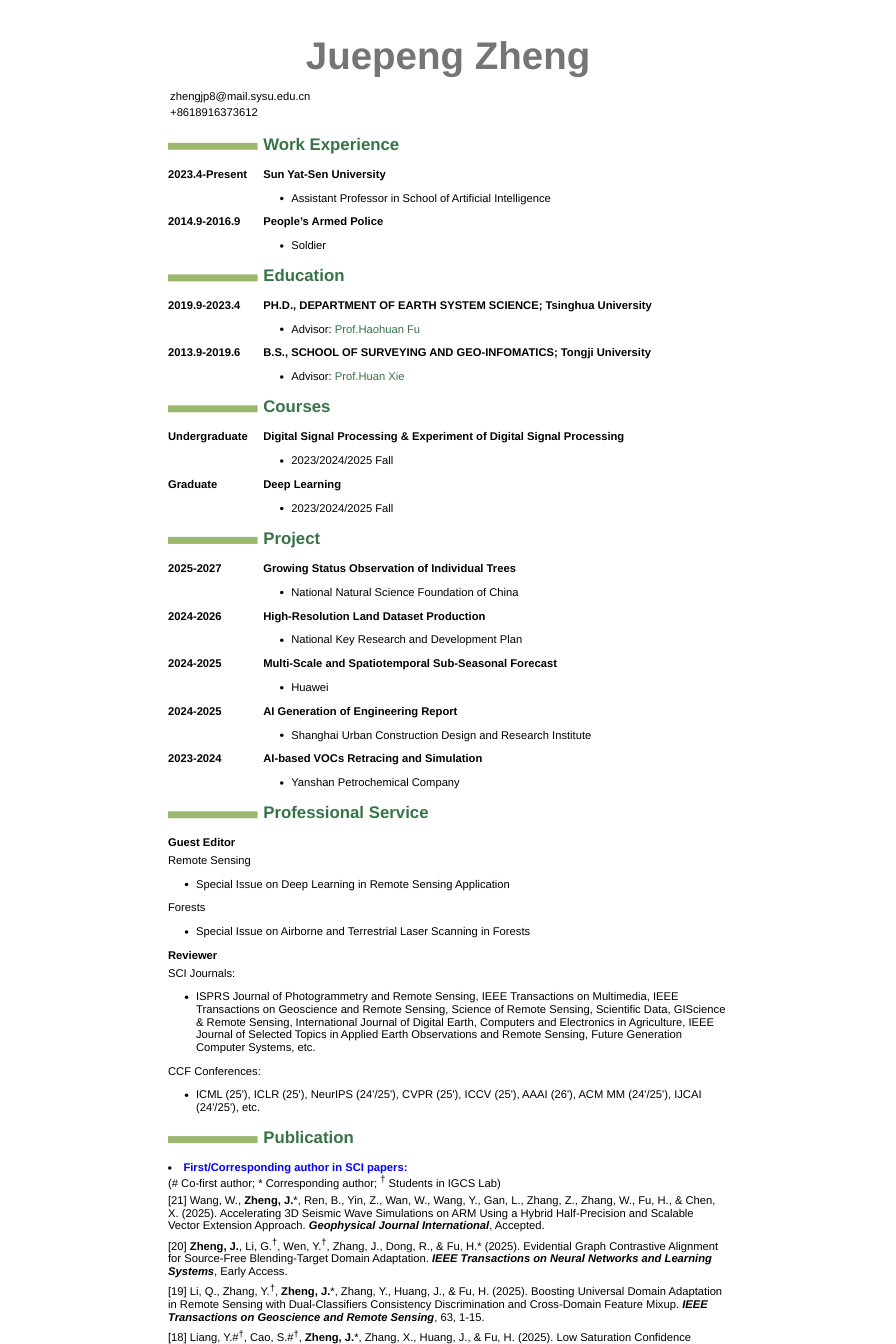
Repository: rssysu/rssysu.github.io
Page: assets/resume/zjp.html
An editor plug-in stored every save of this project. The page is shown before and after the next save, followed by the edit.
The browser window is 1280 px wide. The pictures show the part of the page from y = 0 to 1920 px (the page is 4319 px tall before and 4387 px after), at 70% of full size.

Above is the page before, as saved 2026-01-21 16:39:06.

### assets/resume/zjp.html
<!DOCTYPE html>
<html xmlns="http://www.w3.org/1999/xhtml" lang="" xml:lang="">
<head>
  <meta charset="utf-8" />
  <meta name="generator" content="pandoc" />
  <meta name="viewport" content="width=device-width, initial-scale=1.0, user-scalable=yes" />
  <title>zjp</title>
  <style>
    code{white-space: pre-wrap;}
    span.smallcaps{font-variant: small-caps;}
    div.columns{display: flex; gap: min(4vw, 1.5em);}
    div.column{flex: auto; overflow-x: auto;}
    div.hanging-indent{margin-left: 1.5em; text-indent: -1.5em;}
    /* The extra [class] is a hack that increases specificity enough to
       override a similar rule in reveal.js */
    ul.task-list[class]{list-style: none;}
    ul.task-list li input[type="checkbox"] {
      font-size: inherit;
      width: 0.8em;
      margin: 0 0.8em 0.2em -1.6em;
      vertical-align: middle;
    }
    .display.math{display: block; text-align: center; margin: 0.5rem auto;}
  </style>
  <link rel="stylesheet" href="style.css" />
</head>
<body>
<h1 id="juepeng-zheng">Juepeng Zheng</h1>
<table>
<tbody>
<tr class="odd">
<td>zhengjp8@mail.sysu.edu.cn</td>
<td style="text-align: left;"></td>
</tr>
<tr class="even">
<td>+8618916373612</td>
<td style="text-align: left;"></td>
</tr>
</tbody>
</table>
<h2 id="work-experience">Work Experience</h2>
<dl>
<dt>2023.4-Present</dt>
<dd>
<p><strong>Sun Yat‑Sen University</strong></p>
<ul>
<li>Assistant Professor in School of Artificial Intelligence</li>
</ul>
</dd>
<dt>2014.9-2016.9</dt>
<dd>
<p><strong>People’s Armed Police</strong></p>
<ul>
<li>Soldier</li>
</ul>
</dd>
</dl>
<h2 id="education">Education</h2>
<dl>
<dt>2019.9-2023.4</dt>
<dd>
<p><strong>PH.D., DEPARTMENT OF EARTH SYSTEM SCIENCE; Tsinghua
University</strong></p>
<ul>
<li>Advisor: <a
href="http://www.thuhpgc.net/mediawiki/index.php/Haohuan_Fu">Prof.Haohuan
Fu</a></li>
</ul>
</dd>
<dt>2013.9-2019.6</dt>
<dd>
<p><strong>B.S., SCHOOL OF SURVEYING AND GEO‑INFOMATICS; Tongji University</strong></p>
<ul>
<li>Advisor: <a href="https://celiang.tongji.edu.cn/info/1300/2401.htm">Prof.Huan Xie</a></li>
</ul>
</dd>
</dl>
<h2 id="courses">Courses</h2>
<dl>
<dt>Undergraduate</dt>
<dd>
<p><strong>Digital Signal Processing &amp; Experiment of Digital Signal
Processing</strong></p>
<ul>
<li>2023/2024/2025 Fall</li>
</ul>
</dd>
<dt>Graduate</dt>
<dd>
<p><strong>Deep Learning</strong></p>
<ul>
<li>2023/2024/2025 Fall</li>
</ul>
</dd>
</dl>
<h2 id="project">Project</h2>
<dl>
<dt>2025-2027</dt>
<dd>
<p><strong>Growing Status Observation of Individual Trees</strong></p>
<ul>
<li>National Natural Science Foundation of China</li>
</ul>
</dd>
<dt>2024-2026</dt>
<dd>
<p><strong>High‑Resolution Land Dataset Production</strong></p>
<ul>
<li>National Key Research and Development Plan</li>
</ul>
</dd>
<dt>2024-2025</dt>
<dd>
<p><strong>Multi-Scale and Spatiotemporal Sub-Seasonal Forecast</strong></p>
<ul>
<li>Huawei</li>
</ul>
</dd>
<dt>2024-2025</dt>
<dd>
<p><strong>AI Generation of Engineering Report</strong></p>
<ul>
<li>Shanghai Urban Construction Design and Research Institute</li>
</ul>
</dd>
<dt>2023-2024</dt>
<dd>
<p><strong>AI‑based VOCs Retracing and Simulation</strong></p>
<ul>
<li>Yanshan Petrochemical Company</li>
</ul>
</dd>
</dl>
<h2 id="professional-service">Professional Service</h2>
<p><strong>Guest Editor</strong></p>
<p>Remote Sensing</p>
<ul>
<li>Special Issue on Deep Learning in Remote Sensing Application</li>
</ul>
<p>Forests</p>
<ul>
<li>Special Issue on Airborne and Terrestrial Laser Scanning in Forests</li>
</ul>
<p><strong>Reviewer</strong></p>
<p>SCI Journals:</p>
<ul>
<li>ISPRS Journal of Photogrammetry and Remote Sensing, IEEE Transactions on Multimedia, IEEE Transactions on Geoscience and Remote Sensing, Science of Remote Sensing, Scientific Data, GIScience &amp; Remote Sensing, International Journal of Digital Earth, Computers and Electronics in Agriculture, IEEE Journal of Selected Topics in Applied Earth Observations and Remote Sensing, Future Generation Computer Systems, etc.</li>
</ul>
<p>CCF Conferences:</p>
<ul>
<li>ICML (25'), ICLR (25'), NeurIPS (24'/25'), CVPR (25'), ICCV (25'), AAAI (26'), ACM MM (24'/25'), IJCAI (24'/25'), etc.</li>
</ul>
<h2 id="publication">Publication</h2>
<li><b><font color="blue">First/Corresponding author in SCI papers:</font></b></li>
<p>(# Co-first author; * Corresponding author; <sup>&#8224</sup> Students in IGCS Lab)</p>
<p>[21] Wang, W., <b>Zheng, J.</b>*, Ren, B., Yin, Z., Wan, W., Wang, Y., Gan, L., Zhang, Z., Zhang, W., Fu, H., &amp; Chen, X. (2025). Accelerating 3D Seismic Wave Simulations on ARM Using a Hybrid Half-Precision and Scalable Vector Extension Approach. <b><em>Geophysical Journal International</em></b>, Accepted.</p>
<p>[20] <b>Zheng, J.</b>, Li, G.<sup>&#8224</sup>, Wen, Y.<sup>&#8224</sup>, Zhang, J., Dong, R., &amp; Fu, H.* (2025). Evidential Graph Contrastive Alignment for Source-Free Blending-Target Domain Adaptation. <b><em>IEEE Transactions on Neural Networks and Learning Systems</em></b>, Early Access.</p>
<p>[19] Li, Q., Zhang, Y.<sup>&#8224</sup>, <b>Zheng, J.</b>*, Zhang, Y., Huang, J., &amp; Fu, H. (2025). Boosting Universal Domain Adaptation in Remote Sensing with Dual-Classifiers Consistency Discrimination and Cross-Domain Feature Mixup. <b><em>IEEE Transactions on Geoscience and Remote Sensing</em></b>, 63, 1-15.</p>
<p>[18] Liang, Y.#<sup>&#8224</sup>, Cao, S.#<sup>&#8224</sup>, <b>Zheng, J.</b>*, Zhang, X., Huang, J., &amp; Fu, H. (2025). Low Saturation Confidence Distribution-based Test-Time Adaptation for Cross-Domain Remote Sensing Image Classification. <b><em>International Journal of Applied Earth Observation and Geoinformation</em></b>, 139, 104463.</p>
<p>[17] Chen, W., Wen, Y.<sup>&#8224</sup>, <b>Zheng, J.</b>*, Huang, J., &amp; Fu, H. (2025). BAN: A Universal Paradigm For Cross-Scene Classification Under Noisy Annotations From RGB And Hyperspectral Remote Sensing Images. <b><em>IEEE Transactions on Geoscience and Remote Sensing</em></b>, 63, 1-13.</p>
<p>[16] Wu, X., Hu, L., <b>Zheng, J.</b>*, Wang, L., Lu, H., &amp; Fu, H. (2025). A Multilevel Surrogate Model-Based Precipitation Parameter Tuning Method for CAM5 Using Remote Sensing Data for Validation. <b><em>Remote Sensing</em></b>, 17(3), 408.</p>
<p>[15] <b>Zheng, J.</b>#, Yuan, S.#, Li, W.*, Fu, H.*, Yu, L., &amp; Huang, J. (2025). A review of individual tree crown detection and delineation from optical remote sensing images. <b><em>IEEE Geoscience and Remote Sensing Magazine</em></b>, 13(1), 209-236.</p>
<p>[14] Li, Q., Wen, Y.<sup>&#8224</sup>, <b>Zheng, J.</b>*, Zhang, Y., &amp; Fu, H. (2024). HyUniDA: Breaking Label Set Constraints for Universal Domain Adaptation in Cross-Scene Hyperspectral Image Classification. <b><em>IEEE Transactions on Geoscience and Remote Sensing</em></b>, 62, 1-15</p>
<p>[13] Yuan, S., Zhang, L., Dong, R., Xiong, J., <b>Zheng, J.</b>*, Fu, H.*, &amp; Gong, P. (2024). Relational Part-Aware Learning for Complex Composite Object Detection in High-Resolution Remote Sensing Images. <b><em>IEEE Transactions on Cybernetics</em></b>, 54(10), 6118-6131.</p>
<p>[12] Guo, J., <b>Zheng, J.</b>*, Xu, Y., Fu, H., Xue, W., Wang, L., Gan, L., Gao, P.*, Wan, W., Wu, X., Zhang, Z., Hu, L.*, Xu, G., &amp; Che, X.* (2024). LB-SCAM: A learning-based method for efficient large-scale sensitivity analysis and tuning of single column atmosphere model (SCAM). <b><em>Geoscientific Model Development</em></b>, 17(9), 3975-3992.</p>
<p>[11] Guo, J., Lai, Y.<sup>&#8224</sup>, Zhang, J., <b>Zheng, J.</b>*, Fu, H., Gan, L., Hu, L., Xu, G., &amp; Che, X. (2024). C<sup>3</sup>DA: A Universal Domain Adaptation Method for Scene Classification From Remote Sensing Imagery. <b><em>IEEE Geoscience and Remote Sensing Letters</em></b>, 21, 1-5</p>
<p>[10] Li, W., Hu, Z., Meng, L., Wang, J., <b>Zheng, J.</b>*, Dong, R., He, C., Xia, G., Fu, H.*, &amp; Lin, D. (2024). Weakly-supervised 3D Building Reconstruction from Monocular Remote Sensing Images. <b><em>IEEE Transactions on Geoscience and Remote Sensing</em></b>, 62, 1-15.</p>
<p>[9] <b>Zheng, J.</b>, Wen, Y.<sup>&#8224</sup>, Chen, M., Yuan, S., Li, W.*, Zhao, Y., Wu, W., Zhang, L., Dong, R., &amp; Fu, H.* (2024). Open‑set domain adaptation for scene classification using multi‑adversarial learning. <b><em>ISPRS Journal of Photogrammetry and Remote Sensing</em></b>, 208, 245‑260. (<b><font color="red">ESI highly cited paper</font></b>)</p>
<p>[8] Li, Q., <b>Zheng, J.</b>*, Yuan, S., Zhang, L., Dong, R., &amp; Fu, H*. (2023). RAV model: Study on urban refined climate environment assessment and ventilation corridors construction. <b><em>Building and Environment</em></b>, 248, 111080.</p>
<p>[7] Li, W., Zhao, W., Yu, J., <b>Zheng, J.</b>*, He, C., Fu, H.*, &amp; Lin, D. (2023). Joint Semantic‑Geometric Learning for Polygonal Building Segmentation from High‑Resolution Remote Sensing Images. <b><em>ISPRS Journal of Photogrammetry and Remote Sensing</em></b>, 201, 26‑37.</p>
<p>[6] <b>Zheng, J.</b>, Yuan, S., Wu, W., Li, W., Yu, L.*, Fu, H.*, &amp; Coomes, D. (2023). Surveying coconut trees using high‑resolution satellite imagery in remoteatolls of the Pacific Ocean. <b><em>Remote Sensing of Environment</em></b>, 287, 113485. (<b><font color="red">ESI highly cited paper</font></b>)</p>
<p>[5] <b>Zheng, J.</b>, Zhao, Y., Wu, W., Chen, M., Li, W., &amp; Fu, H. (2022). Partial Domain Adaptation for Scene Classification from Remote Sensing Imagery. <b><em>IEEE Transactions on Geoscience and Remote Sensing</em></b>, 61, 1‑17.</p>
<p>[4] <b>Zheng, J.</b>, Wu, W., Yuan, S., Zhao, Y., Li, W., Zhang, L., Dong, R., &amp; Fu, H.* (2021). A two‑stage adaptation network (TSAN) for remote sensing scene classification in single‑source‑mixed‑multiple‑target domain adaptation (S²M²T DA) scenarios. <b><em>IEEE Transactions on Geoscience and Remote Sensing</em></b>, 60, 1‑13.</p>
<p>[3] <b>Zheng, J.</b>#, Wu, W.#, Yuan, S., Fu, H.*, Li, W., &amp; Yu, L. (2021). Multisource‑domain generalization‑based oil palm tree detection using very‑high‑resolution (vhr) satellite images. <b><em>IEEE Geoscience and Remote Sensing Letters</em></b>, 19, 1‑5.</p>
<p>[2] <b>Zheng, J.</b>, Fu, H., Li, W.*, Wu, W., Yu, L., Yuan, S., Tao, W.Y.W, Pang, T.K., &amp; Kanniah, K. D. (2021). Growing status observation for oil palm trees using Unmanned Aerial Vehicle (UAV) images. <b><em>ISPRS Journal of Photogrammetry and Remote Sensing</em></b>, 173, 95‑121. (<b><font color="red">ESI highly cited paper</font></b>)</p>
<p>[1] <b>Zheng, J.</b>, Fu, H., Li, W.*, Wu, W., Zhao, Y., Dong, R., &amp; Yu, L. (2020). Cross‑regional oil palm tree counting and detection via a multi‑level attention domain adaptation network. <b><em>ISPRS Journal of Photogrammetry and Remote Sensing</em></b>, 167, 154‑177.</p>
<p></p>
<li><b><font color="blue">First/Corresponding author in CCF conference papers:</font></b></li>
<p>(# Co-first author; * Corresponding author; <sup>&#8224</sup> Students in IGCS Lab)</p>
<p>[16] Wen, Y., Gu, D., &amp; <b>Zheng, J.</b>* (2026). G-SFADA: Gradient-Inspired Source-Free Active Domain Adaptation for Semantic Segmentation. <b><em>ICASSP 2026</em></b>, Accepted.</p>
<p>[15] Li, Q., Zhang, P., &amp; <b>Zheng, J.</b>* (2026). Cross-scene Hyperspectral Image Classification via Topology-Aware Learning without Source Data. <b><em>ICASSP 2026</em></b>, Accepted.</p>
<p>[14] Zhang, Z.<sup>&#8224</sup>, Ye, Z.<sup>&#8224</sup>, Wen, Y.<sup>&#8224</sup>, Yuan, S., Fu, H., Huang, J., &amp; <b>Zheng, J.</b>* (2025). GTPBD: A Fine-Grained Global Terraced Parcel and Boundary Dataset. <b><em>NeurIPS DB Track 2025</em></b>, Accepted.</p>
<p>[13] Li, Q.#, Zhang, Y.<sup>&#8224</sup>#, Mai, Z.<sup>&#8224</sup>#, Chen, Y., Lou, S., Huang, H., Zhang, J.<sup>&#8224</sup>, Zhang, Z.<sup>&#8224</sup>, Wen, Y.<sup>&#8224</sup>, Li, W., Fu, H., Huang, J., &amp; <b>Zheng, J.</b>* (2025). Can Large Multimodal Models Understand Agricultural Scenes? Benchmarking with AgroMind. <b><em>NeurIPS DB Track 2025</em></b>, Accepted.</p>
<p>[12] Li, Y.<sup>&#8224</sup>, Zhang, Y.<sup>&#8224</sup>, Li, G.<sup>&#8224</sup>, Chen, M., Jin, M., Wang, F., Fu, H., &amp; <b>Zheng, J.</b>* (2025). DiffLiG: Diffusion-enhanced Liquid Graph with Attention Propagation for Grid-to-Station Precipitation Correction. <b><em>NeurIPS 2025</em></b>, Accepted.</p>
<p>[11] Liang, H.<sup>&#8224</sup>, Cao, S.<sup>&#8224</sup>, Li, G.<sup>&#8224</sup>, Ye, Z.<sup>&#8224</sup>, Fu, H., &amp; <b>Zheng, J.</b>* (2025). SPFL: Sequential updates with Parallel aggregation for Enhanced Federated Learning under Category and Domain Shifts. <b><em>NeurIPS 2025</em></b>, Accepted.</p>
<p>[10] Ye, Z.<sup>&#8224</sup>, Li, G.<sup>&#8224</sup>, Liang, H.<sup>&#8224</sup>, Wang, Z., Cao, S.<sup>&#8224</sup>, Lai, Y.<sup>&#8224</sup>, &amp; <b>Zheng, J.</b>* (2025). Quantifying Samples with Invariance for Source-Free Class Incremental Domain Adaptation. <b><em>ACM MM 2025</em></b>, Accepted.</p>
<p>[9] Du, K.<sup>&#8224</sup>, Qian, Y., &amp; <b>Zheng, J.</b>* (2025). Instance-Distance Active Learning for Source-Free Cross-Domain Object Detection. <b><em>ICME 2025</em></b>, Accepted.</p>
<p>[8] <b>Zheng, J.</b>*, &amp; Wen, Y.<sup>&#8224</sup> (2025). Evidential Graph Contrastive Alignment for Source-Free Blending-Target Domain Adaptation. <b><em>ICME 2025</em></b>, Accepted.</p>
<p>[7] Chen, W., Wen, Y.<sup>&#8224</sup>, &amp; <b>Zheng, J.</b>* (2025). Shift-Driven Learning for Unsupervised Domain Adaptation. <b><em>ICME 2025</em></b>, Accepted.</p>
<p>[6] Liang, H.<sup>&#8224</sup>#, Cao, S.<sup>&#8224</sup>#, Lai, Y.<sup>&#8224</sup>, &amp; <b>Zheng, J.</b>* (2025). Federated Open-Set Domain Generalization with Adaptive Adjustment Boundaries and Weights. <b><em>ICME 2025</em></b>, Accepted.</p>
<p>[5] Lai, Y.<sup>&#8224</sup>, Li, G.<sup>&#8224</sup>, Liang, H.<sup>&#8224</sup>, <b>Zheng, J.</b>*, &amp; Ye, Z.<sup>&#8224</sup> (2025). ADU: Adaptive Detection of Unknown Categories in Black-Box Domain Adaptation. In <b><em>Proceedings of the Computer Vision and Pattern Recognition Conference</em></b>  (pp. 30588-30598).</p>
<p>[4] Liang, H.<sup>&#8224</sup>, Zhang, X., Cao, S.<sup>&#8224</sup>, Li, G.<sup>&#8224</sup>, &amp; <b>Zheng, J.</b>* (2025, April). TTA-FedDG: Leveraging Test-Time Adaptation to Address Federated Domain Generalization. In <b><em>Proceedings of the AAAI Conference on Artificial Intelligence</em></b> (Vol. 39, No. 18, pp. 18658-18666).</p>
<p>[3] Yuan, S., Lin, G.<sup>&#8224</sup>, Zhang, L., Dong, R., Zhang, J., Chen, S., <b>Zheng, J.</b>*, Wang, J., &amp; Fu, H.* (2024, December). FUSU: A Multi-temporal-source Land Use Change Segmentation Dataset for Fine-grained Urban Semantic Understanding. <b><em>Advances in Neural Information Processing Systems (NeurIPS)</em></b>, 37, 132417-132439.</p>
<p>[2] Zhao, Y.#, <b>Zheng, J.</b>#, Fu, H.*, Wu, W., Gao, J., Chen, M., Zhang, J., Zhang, L., Dong, R., Du, Z., Liu, S., Liu, X., Zhang, S., &amp; Yu, L. (2023, May). SW-LCM: a scalable and weakly-supervised land cover mapping method on a new Sunway supercomputer. In <b><em>2023 IEEE International Parallel and Distributed Processing Symposium (IPDPS)</em></b> (pp. 657-667). IEEE.</p>
<p>[1] <b>Zheng, J.</b>, Wu, W., Zhao, Y., &amp; Fu, H.* (2021, September). Transresnet: Transferable Resnet For Domain Adaptation. In <b><em>2021 IEEE international conference on image processing (ICIP)</em></b> (pp. 764-768). IEEE.</p>
<h2 id="selected-awards">Selected Awards</h2>
<p>2024, <strong>Award</strong>, 12th Teacher's Teaching Competition (Second‑Prize), Sun Yat-Sen Univ.</p>
<p>2023, <strong>Award</strong>, Wu Wenjun AI Science and Technology Award (Second‑Prize), CAAI</p>
<p>2023, <strong>Award</strong>, Outstanding PhD Graduate in Beijing, Beijing</p>
<p>2022, <strong>Award</strong>, Nominated for the Best Application of China’s Supercomputing of the Year, CCF</p>
<p>2021, <strong>Scholarship</strong>, National Scholarship for Graduate Student, China</p>
<p>2019, <strong>Scholarship</strong>, Future Researcher Scholarship, Tsinghua Univ.</p>
<p>2019, <strong>Award</strong>, Outstanding Graduate in Shanghai, Shanghai</p>
<p>2019, <strong>Scholarship</strong>, “Zhui Qiu Zhuo Yue” Student, Tongji Univ.</p>
<p>2019, <strong>Award</strong>, May 4th Youth Medal of Tongji University, Tongji Univ.</p>
<p>2017, <strong>Scholarship</strong>, National Scholarship for Undergraduate Student, China</p>
<p>2016, <strong>Award</strong>, Outstanding Soldier, China</p>
<p>2015, <strong>Award</strong>, Outstanding Soldier, China</p>
</body>
</html>

### assets/resume/style.css
/*
 * Copyright 2013 Christophe-Marie Duquesne <chmd@chmd.fr>
 *
 * CSS for making a resume with pandoc. Inspired by moderncv.
 *
 * This CSS document is delivered to you under the CC BY-SA 3.0 License.
 * https://creativecommons.org/licenses/by-sa/3.0/deed.en_US
 */

/* Whole document */
body {
    font-family: "Helvetica Neue", Helvetica, Arial, sans-serif;
    width: 800px;
    margin: auto;
    background: #FFFFFF;
    padding: 10px 10px 10px 10px;
}

/*
.title {
    display: none;
}
*/

/* Title of the resume */
h1 {
    font-size: 55px;
    color: #757575;
    text-align:center;
    margin-bottom:15px;
}

/* Titles of categories */
h2 {
    color: #397249;
}
/* There is a bar just before each category */
h2:before {
    content: "";
    display: inline-block;
    margin-right:1%;
    width: 16%;
    height: 10px;
    background-color: #9CB770;
}

/* Definitions */
dt {
    float: left;
    clear: left;
    width: 17%;
    font-weight: bold;
}
dd {
    margin-left: 17%;
}
p {
    margin-top:0;
    margin-bottom:7px;
}

/* Blockquotes */
blockquote {
    text-align: center
}

/* Links */
a {
    text-decoration: none;
    color: #397249;
}
a:hover, a:active {
    background-color: #397249;
    color: #FFFFFF;
    text-decoration: none;
    text-shadow: 1px 1px 1px #333;
}

/* Horizontal separators */
hr {
    color: #A6A6A6;
}

After the next save:
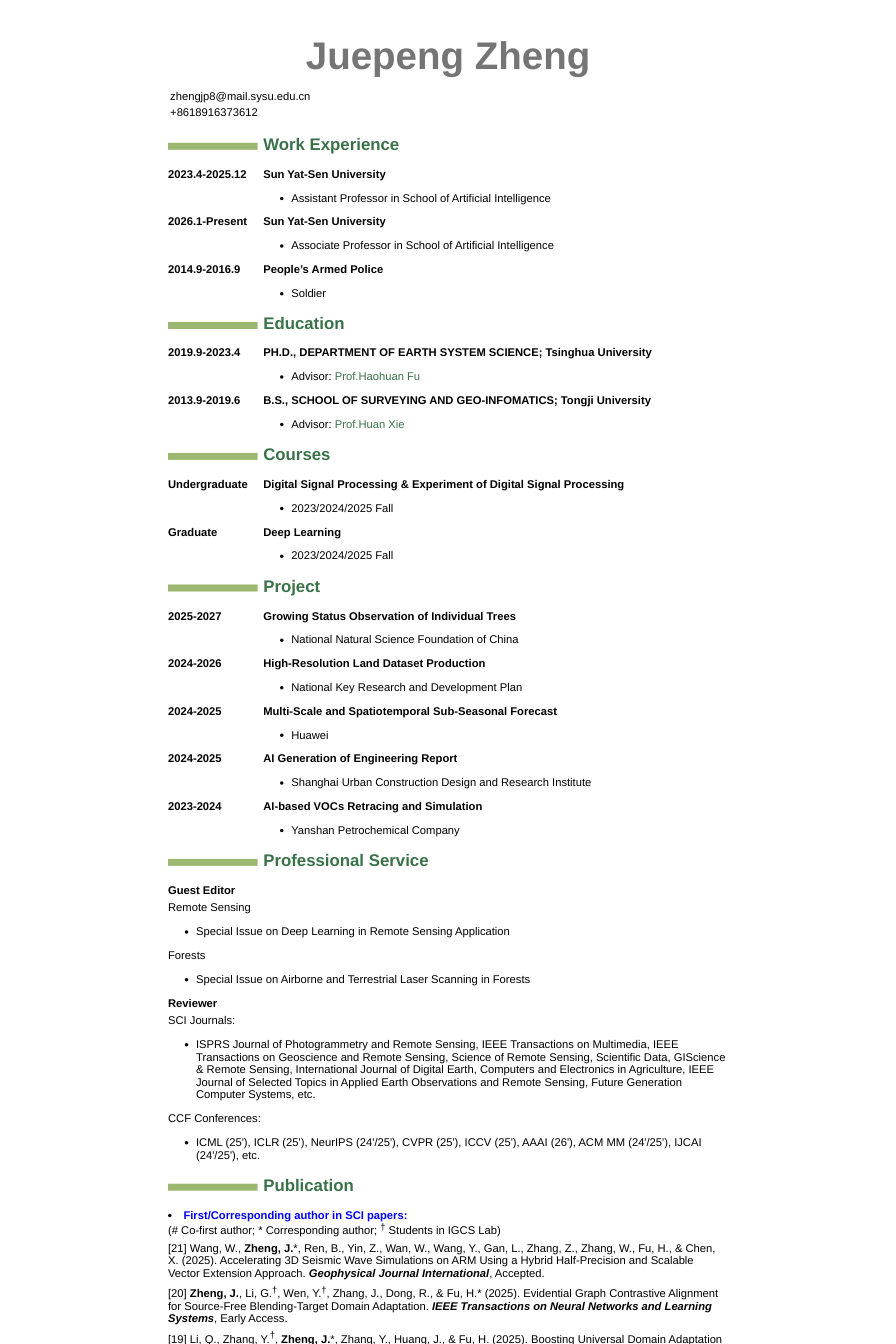
Saved 2 min 0 s later.
--- a/assets/resume/zjp.html
+++ b/assets/resume/zjp.html
@@ -40,11 +40,18 @@
 </table>
 <h2 id="work-experience">Work Experience</h2>
 <dl>
-<dt>2023.4-Present</dt>
+<dt>2023.4-2025.12</dt>
 <dd>
 <p><strong>Sun Yat‑Sen University</strong></p>
 <ul>
 <li>Assistant Professor in School of Artificial Intelligence</li>
+</ul>
+</dd>
+<dt>2026.1-Present</dt>
+<dd>
+<p><strong>Sun Yat‑Sen University</strong></p>
+<ul>
+<li>Associate Professor in School of Artificial Intelligence</li>
 </ul>
 </dd>
 <dt>2014.9-2016.9</dt>
